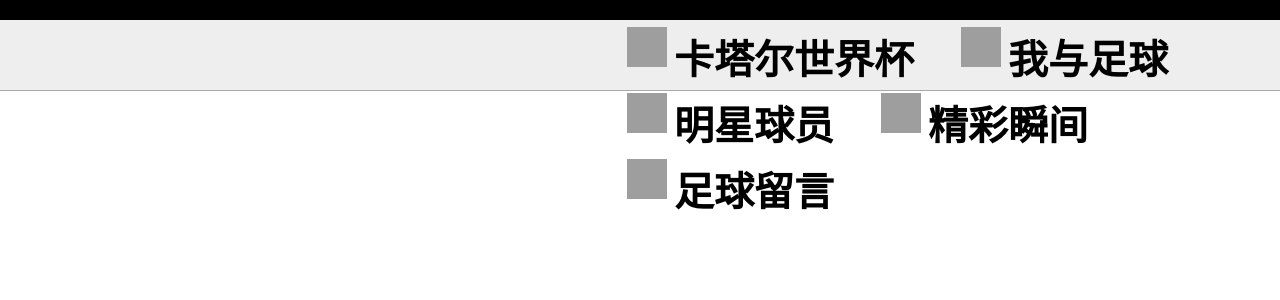
Repository: alex-1263/cs
Page: html学习/作业/世界杯/头部/index.html
The author's editor kept a copy of each file at every save. The page is drawn from the files as they stood at one save, then again after the next save.
The browser window is 1280 px wide. The pictures show the whole page.
Pictures or frames that could not be fetched are drawn as grey boxes.

Above is the page before, as saved 2022-12-24 17:33:50.

### html学习/作业/世界杯/头部/index.html
<!DOCTYPE html>
<html>
	<head>
		<meta charset="utf-8" />
		<title></title>
		<link rel="stylesheet" type="text/css" href="css/New Css File.css"/>
	</head>
	<body>
		<div style="height: 20px;background-color: black;"></div>
		<div class="top">
			<ul class="banner">
				<li><a href="index.html"><img src="img/第一.jpg">卡塔尔世界杯</a></li>
				<li><a href="playgame.html"><img src="img/第二.JPG"/>我与足球</a></li>
				<li><a href="it.html"><img src="img/第三.jpg"/>明星球员</a></li>
				<li><a href="part.html"><img src="img/第四.jpg"/>精彩瞬间</a></li>
				<li><a href="well.html"><img src="img/第五.jpg"/>足球留言</a></li>
			</ul>
		</div>
	</body>
</html>

### html学习/作业/世界杯/头部/css/New Css File.css
*{
	margin: 0 auto;
	padding: 0;
}

.top{
	height: 70px;
	background-color: #eeeeee;
	border-bottom: 1px darkgrey solid;
}
.top .banner{
	padding-left: 600px;
}
.top .banner li{
	float: left;
	font-size: 40px;
	margin: 0 20px;
	font-weight: bold;
}
.banner img{
	width: 40px;
	height: 40px;
	padding: 7px;
}
ul{
	list-style-type: none;
}
a{
	color: black;
	text-decoration: none;
}

After the next save:
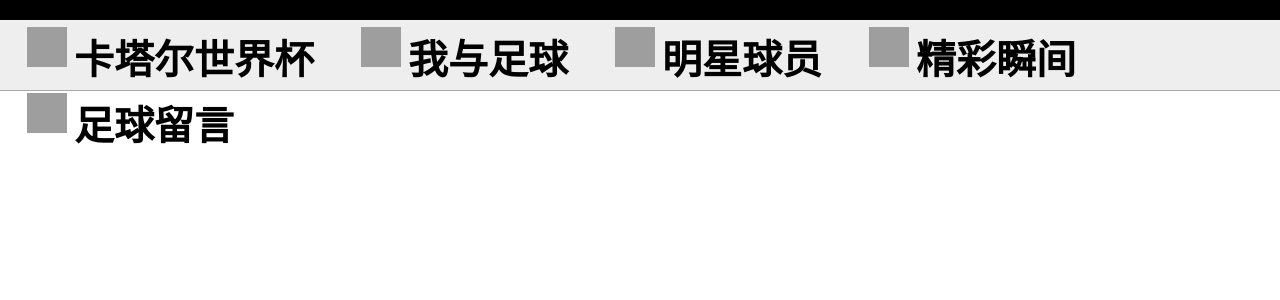
Saved 2 min 19 s later.
--- a/html学习/作业/世界杯/头部/css/New Css File.css
+++ b/html学习/作业/世界杯/头部/css/New Css File.css
@@ -9,7 +9,7 @@
 	border-bottom: 1px darkgrey solid;
 }
 .top .banner{
-	padding-left: 600px;
+
 }
 .top .banner li{
 	float: left;
